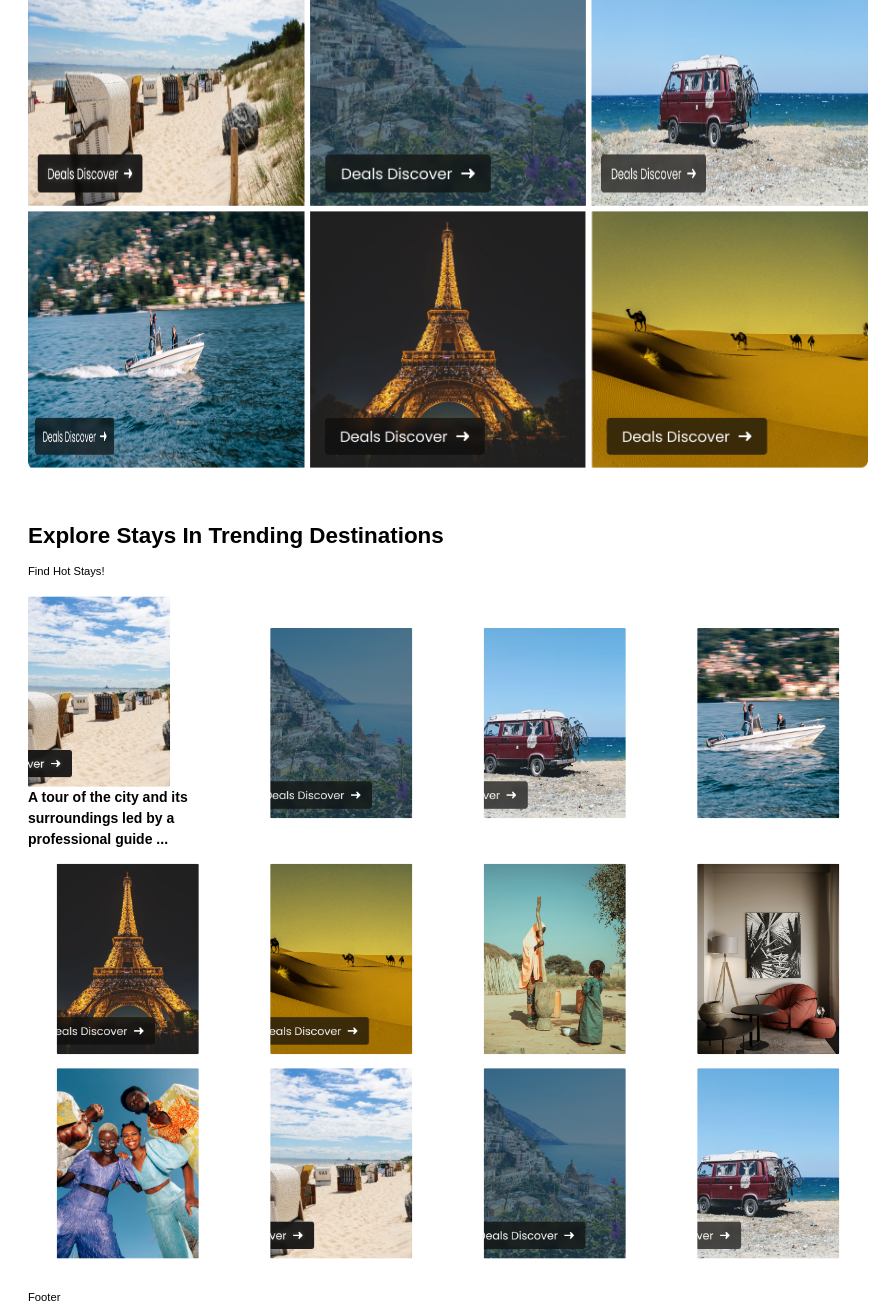
Repository: Quynhhuong150322/DIKO_STUDY_TRAVEL_WEB
Page: /
These files come from the project's save history. The page is drawn as it stood at one moment and after the next save; the edit follows.
The browser window is 1280 px wide. The pictures show the part of the page from y = 840 to 2760 px (the page is 2706 px tall before and 2760 px after), at 70% of full size.
The project was rebuilt for these pictures with package versions that can differ from the ones it lists, and the page was loaded fresh each time. Also part of the build but not shown: src/components/Login.js, src/components/Register.js. Imported but missing from the stored project, and not drawn on this page: src/redux/slices/authSlice.

Above is the page before, as saved 2024-02-23 11:20:29.

After the next save:
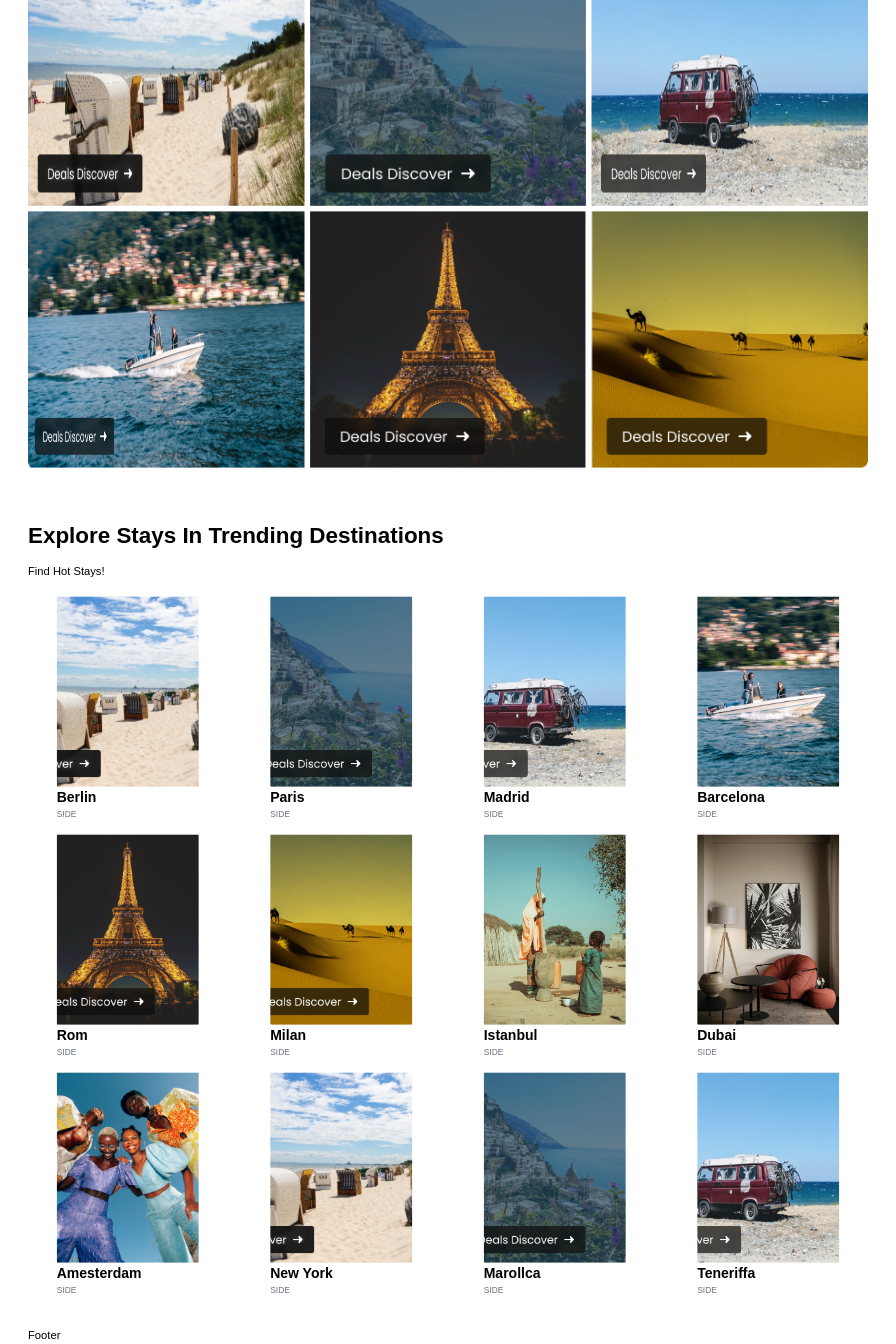
Saved 38 s later.
--- a/src/pages/LangdingPage/Langding.js
+++ b/src/pages/LangdingPage/Langding.js
@@ -247,8 +247,8 @@ const Langding = () => {
               <div className=''>
                 <img src={data.img} alt="" className='h-[272px] w-[203px] object-cover rounded-sm' />
                 <div className=''>
-                  <p className='text-xl font-semibold'>{data.title}</p>
-                  <p className='text-sm text-gray-500'>{data.color}</p>
+                  <p className='text-xl font-semibold'>{data.location}</p>
+                  <p className='text-sm text-gray-500'>{data.side}</p>
                   <div className='flex gap-2 items-center'>
 
                     <p className='text-sm'>{data.rating}</p>
